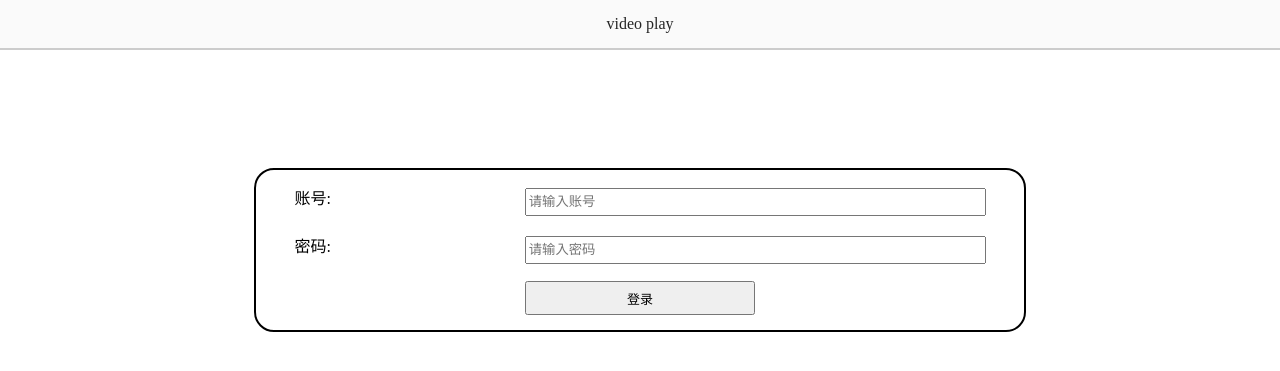
Repository: andycj7/-
Page: web/videoplay/index.html
The author's editor kept a copy of each file at every save. The page is drawn from the files as they stood at one save, then again after the next save.
The browser window is 1280 px wide. The pictures show the whole page.

Above is the page before, as saved 2020-07-20 01:15:34.

After the next save:
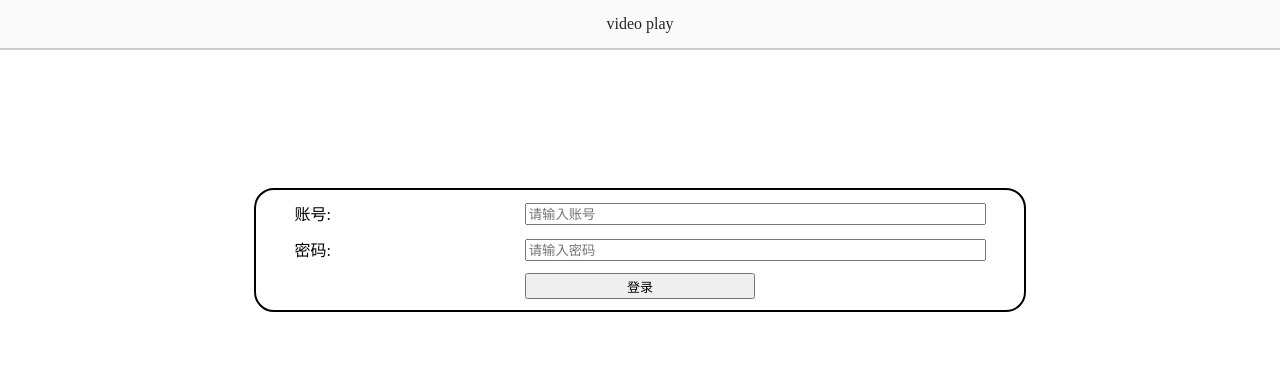
Saved 8 s later.
--- a/web/videoplay/css/base.css
+++ b/web/videoplay/css/base.css
@@ -34,7 +34,7 @@ body {
 	align-items: center;
 	border: 2px solid #000;
 	border-radius: 20px;
-	height: 40%;
+	height: 30%;
 	width: 60%;
 }
 
